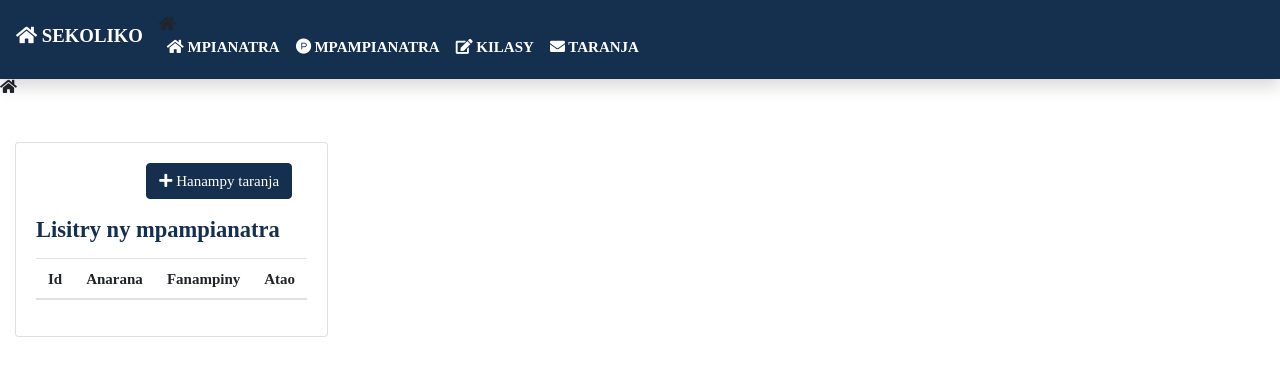
Repository: niainamahefa/j2ee-sekoliko
Page: http://localhost/Ecole/professeur
An editor plug-in stored every save of this project. The page is shown before and after the next save, followed by the edit.
The browser window is 1280 px wide. The pictures show the whole page.
The page is served by Tomcat 9. Other server files are loaded and not shown. Queries for data that is not in the repository find no rows.

Above is the page before, as saved 2021-02-07 14:32:16.

### Ecole/WebContent/WEB-INF/professeur.jsp
<%@ page language="java" contentType="text/html; charset=ISO-8859-1"
    pageEncoding="ISO-8859-1"%>
<%@ taglib uri="http://java.sun.com/jsp/jstl/core" prefix="c" %>
<!DOCTYPE html>
<html>
<head>
<meta charset="ISO-8859-1">
<title>Sekoliko</title>
    <!-- Bootstrap core CSS -->
	<link href="./assets/css/bootstrap.min.css" rel="stylesheet">
	  <link href="./assets/fontawesome-free/css/all.min.css" rel="stylesheet" type="text/css">
</head>
<body>
	<nav class="navbar navbar-expand-lg  navbar-dark  bg-primary  shadow container-fluid">

            <a class="navbar-brand lnav h1" href="#" data-scroll="acceuill"><i class="fas fa-home "> SEKOLIKO</a>
            <button class="navbar-toggler" type="button" data-toggle="collapse" data-target="#navbarNav" aria-controls="navbarNav" aria-expanded="false" aria-label="Toggle navigation">
                <span class="navbar-toggler-icon"></span>
            </button>
            <div class="collapse navbar-collapse " id="navbarNav">
                <ul class="navbar-nav ml-auto">
                  <li class="nav-item">
                    <a class="nav-link lnav" href="eleve" data-scroll="eleve"><i class="fas fa-home "></i> MPIANATRA <span class="sr-only">(current)</span></a>
                </li>
                <li class="nav-item">
                    <a class="nav-link lnav" href="professeur" data-scroll="produit"><i class="fab fa-product-hunt"></i> MPAMPIANATRA</a>
                </li>
                <li class="nav-item">
                        <a class="nav-link lnav" href="classe" data-scroll="inscription"><i class ="fa fa-edit"></i> KILASY</a>
                    </li>
                <li class="nav-item">
                    <a class="nav-link lnav" href="eleve" data-scroll="contact"><i class ="fa fa-envelope"></i> TARANJA</a>
                </li>
            </ul>
        </div>
    </nav>

    <div class="container mt-5">
    	<div class="card">
    		<div class="card-body">
    		 <div class="container text-right">
    		 	<a href="<%= request.getContextPath()%>/nouveau" class="btn btn-primary"  ><i class ="fas fa-plus"></i> Hanampy taranja</a>
    		 </div>
    			<table class="table mt-3 " id="table_charge">
    			<h4 class="text-primary mt-3 font-weight-bold">Lisitry ny mpampianatra </h4>
                    <thead>
                        <tr>
                            <th>Id</th>
                            <th>Anarana</th>
                            <th>Fanampiny</th>
                             <th>Atao</th>

                        </tr>
                    </thead>
                    <tbody>
                       <c:forEach var="eleve" items="${listProfesseur }">
                            <tr>
                           		 <td><c:out value="${eleve.prof_id }"/></td>
                                <td><c:out value="${eleve.prof_nom }"/></td>
                                <td><c:out value="${eleve.prof_prenom }"/></td>
                                <td>
                                <a class="btn btn-sm btn-success" href="editer?prof_id=<c:out value="${eleve.prof_id }"/>" ><i class="fas fa-edit"></i></a>
                                <a class="btn btn-sm btn-danger" href="supprimer?prof_id=<c:out value="${eleve.prof_id }"/>" ><i class="fas fa-trash"></i></a>
                                </td>
                            </tr>
                   		</c:forEach>
                    </tbody>
                </table>
    		</div>
    	</div>
    </div>

</body>
</html>

### Ecole/src/com/ecole/servlet/ProfesseurServlet.java
package com.ecole.servlet;

import java.io.IOException;
import java.sql.SQLException;
import java.util.List;
import javax.servlet.RequestDispatcher;
import javax.servlet.ServletException;
import javax.servlet.annotation.WebServlet;
import javax.servlet.http.HttpServlet;
import javax.servlet.http.HttpServletRequest;
import javax.servlet.http.HttpServletResponse;

import com.ecole.dao.ProfesseurDao;
import com.ecole.model.Professeur;

/**
 * Servlet implementation class AccueilServlet
 */
@WebServlet("/ProfesseurServlet")
public class ProfesseurServlet extends HttpServlet {
	private static final long serialVersionUID = 1L;

	private ProfesseurDao professeurDao;

    /**
     * @see HttpServlet#HttpServlet()
     */
    public ProfesseurServlet() {
        super();
        // TODO Auto-generated constructor stub
    }

    public void init()  throws ServletException {
    	professeurDao = new ProfesseurDao();
    }

    /**
	 * @see HttpServlet#doPost(HttpServletRequest request, HttpServletResponse response)
	 */
	protected void doPost(HttpServletRequest request, HttpServletResponse response) throws ServletException, IOException {
		// TODO Auto-generated method stub
		doGet(request, response);
	}

	/**
	 * @see HttpServlet#doGet(HttpServletRequest request, HttpServletResponse response)
	 */
	protected void doGet(HttpServletRequest request, HttpServletResponse response) throws ServletException, IOException {
		// TODO Auto-generated method stub
		response.getWriter().append("Served at: ").append(request.getContextPath());

		String action = request.getServletPath();

		switch (action) {
		case "/nouveau":
			showAddForm(request, response);
			break;

		case "/inserer":
			try {
				insertProfesseur(request, response);
			} catch (SQLException e) {
				// TODO Auto-generated catch block
				e.printStackTrace();
			} catch (IOException e) {
				// TODO Auto-generated catch block
				e.printStackTrace();
			}
			break;

		case "/editer":
			showEditForm(request, response);
			break;

		case "/supprimer":
			try {
				deleteProfesseur(request, response);
			} catch (SQLException e) {
				// TODO Auto-generated catch block
				e.printStackTrace();
			} catch (IOException e) {
				// TODO Auto-generated catch block
				e.printStackTrace();
			}
			break;

		case "/modifier":
			updateProfesseur(request, response);
			break;

			default:
				listProfesseur(request, response);
				break;

		}

	}

	private void showAddForm(HttpServletRequest request, HttpServletResponse response)
			throws ServletException, IOException
	{
		 request.getRequestDispatcher("/WEB-INF/professeur-form.jsp").forward(request, response);
	}

	// INSERT MATIERE
	private void insertProfesseur(HttpServletRequest request, HttpServletResponse response)
			throws SQLException, IOException
	{
		String prof_nom = request.getParameter("prof_nom");
		String prof_prenom = request.getParameter("prof_prenom");
		Professeur professeur = new Professeur(prof_nom, prof_prenom);
		professeurDao.insertProfesseur(professeur);
		response.sendRedirect("professeur");

	}

	// DELETE MATIERE
	private void deleteProfesseur(HttpServletRequest request, HttpServletResponse response)
			throws SQLException, IOException
	{
		int elv_id = Integer.parseInt(request.getParameter("elv_id"));

		try {
			professeurDao.deleteProfesseur(elv_id);
		} catch (Exception e) {
			// TODO: handle exception
			e.printStackTrace();
		}

		response.sendRedirect("professeur");
	}

	// EDIT MATIERE
	private void showEditForm(HttpServletRequest request, HttpServletResponse response)
			throws ServletException, ServletException, IOException
	{

		int elv_id = Integer.parseInt(request.getParameter("elv_id"));

		Professeur existingProfesseur;

		try {
			existingProfesseur = professeurDao.selectProfesseur(elv_id);
			RequestDispatcher dispatcher = request.getRequestDispatcher("/WEB-INF/accueil.jsp");
			request.setAttribute("professeur", existingProfesseur);
		} catch (Exception e) {
			e.printStackTrace();
		}
	}

	// UPDATE
	private void updateProfesseur(HttpServletRequest request, HttpServletResponse response)
			throws ServletException, ServletException, IOException
	{
		int elv_id = Integer.parseInt(request.getParameter("elv_id"));
		String prof_nom = request.getParameter("prof_nom");
		String prof_prenom = request.getParameter("prof_prenom");
		Professeur professeur = new Professeur(prof_nom, prof_prenom);
		professeurDao.updateProfesseur(professeur);
		response.sendRedirect("professeur");

	}

	//DEFAULT
	private void listProfesseur(HttpServletRequest request, HttpServletResponse response)
			throws ServletException, ServletException, IOException {

		try {
			List<Professeur> listProfesseur = professeurDao.selectAllProfesseur();
			request.setAttribute("listProfesseur", listProfesseur);
			request.getRequestDispatcher("/WEB-INF/professeur.jsp").forward(request, response);

		} catch (Exception e) {
			e.printStackTrace();
		}
	}


}

Loaded but not shown: Ecole/WebContent/assets/css/bootstrap.min.css (library); Ecole/WebContent/assets/fontawesome-free/css/all.min.css (library)

After the next save:
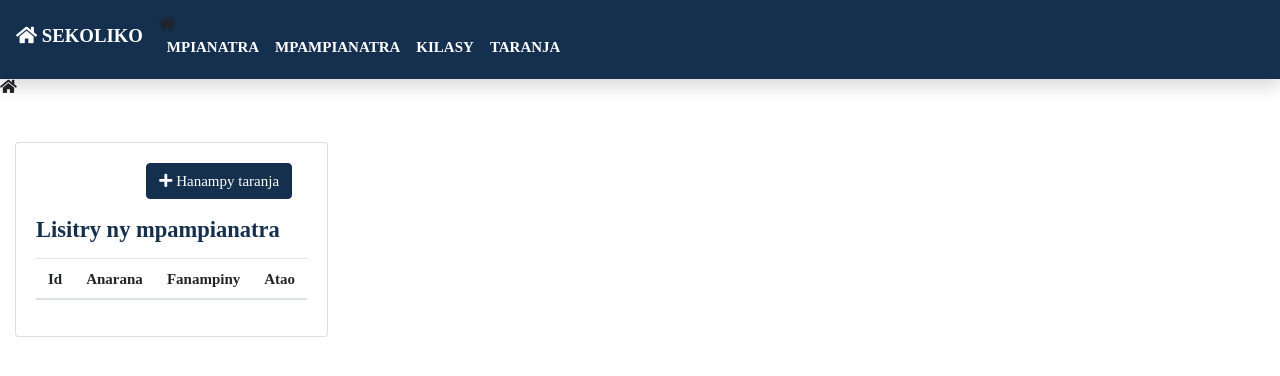
Saved 22 s later.
--- a/Ecole/WebContent/WEB-INF/professeur.jsp
+++ b/Ecole/WebContent/WEB-INF/professeur.jsp
@@ -20,16 +20,16 @@
             <div class="collapse navbar-collapse " id="navbarNav">
                 <ul class="navbar-nav ml-auto">
                   <li class="nav-item">
-                    <a class="nav-link lnav" href="eleve" data-scroll="eleve"><i class="fas fa-home "></i> MPIANATRA <span class="sr-only">(current)</span></a>
+                    <a class="nav-link lnav" href="eleve" data-scroll="eleve"> MPIANATRA <span class="sr-only">(current)</span></a>
                 </li>
                 <li class="nav-item">
-                    <a class="nav-link lnav" href="professeur" data-scroll="produit"><i class="fab fa-product-hunt"></i> MPAMPIANATRA</a>
+                    <a class="nav-link lnav" href="professeur" data-scroll="produit"> MPAMPIANATRA</a>
                 </li>
                 <li class="nav-item">
-                        <a class="nav-link lnav" href="classe" data-scroll="inscription"><i class ="fa fa-edit"></i> KILASY</a>
+                        <a class="nav-link lnav" href="classe" data-scroll="inscription"> KILASY</a>
                     </li>
                 <li class="nav-item">
-                    <a class="nav-link lnav" href="eleve" data-scroll="contact"><i class ="fa fa-envelope"></i> TARANJA</a>
+                    <a class="nav-link lnav" href="eleve" data-scroll="contact"> TARANJA</a>
                 </li>
             </ul>
         </div>
